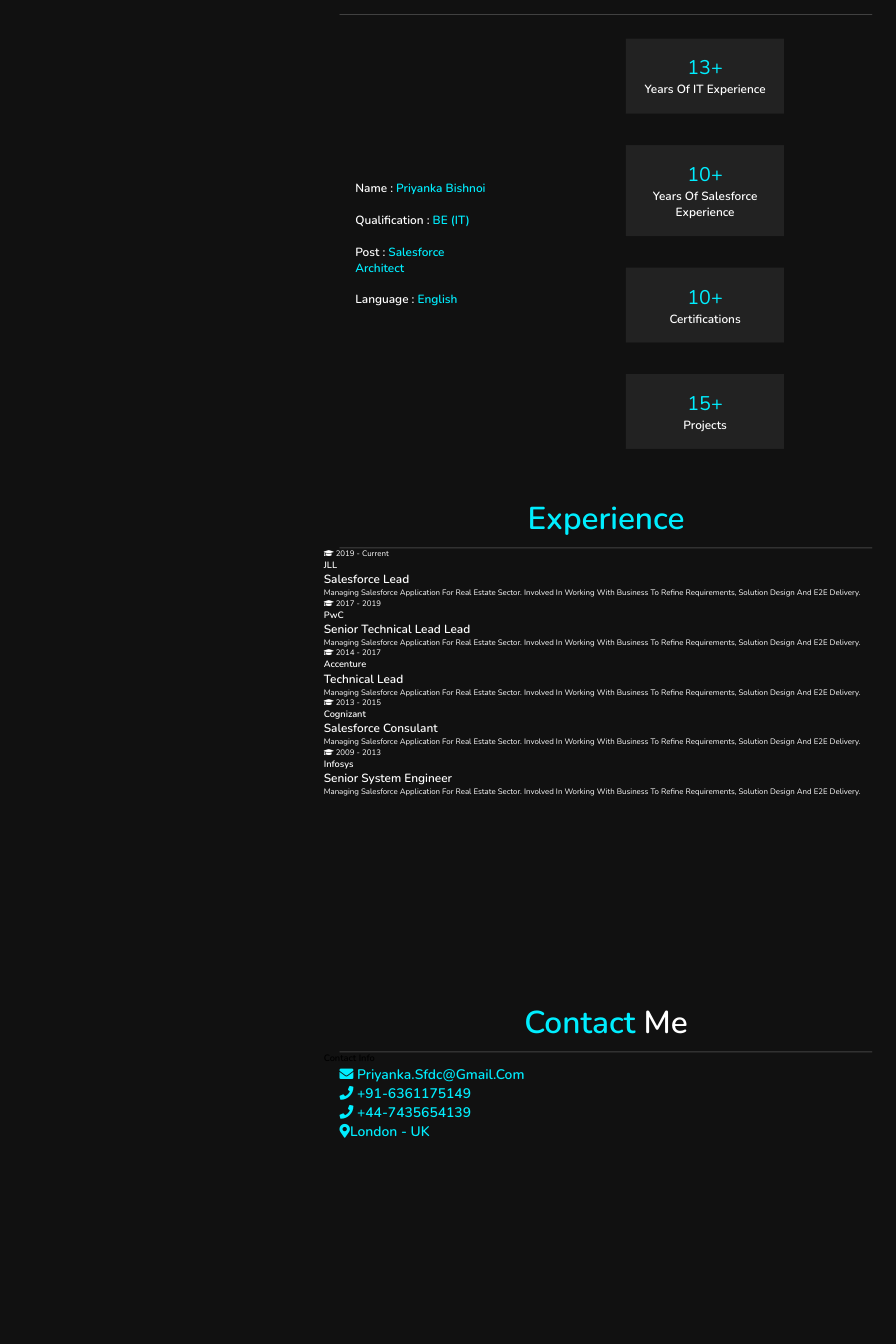
Repository: priyanka-bishnoi/PortfolioPage
Page: MyPage.html
These files come from the project's save history. The page is drawn as it stood at one moment and after the next save; the edit follows.
The browser window is 1280 px wide. The pictures show the part of the page from y = 796 to 2716 px (the page is 2922 px tall), at 70% of full size.

Above is the page before, as saved 2022-10-09 14:45:49.

After the next save:
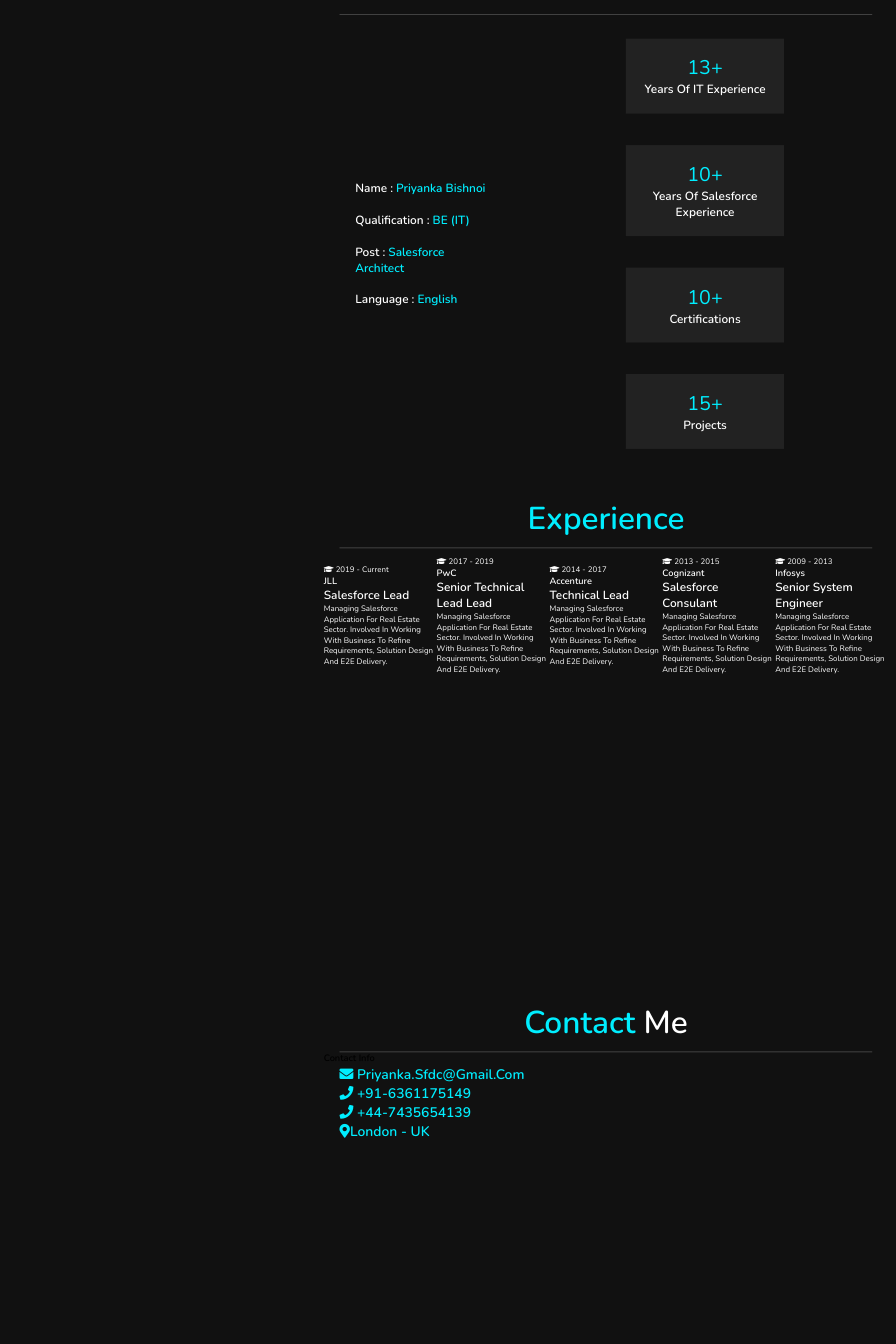
Saved 4 min 2 s later.
--- a/css/style.css
+++ b/css/style.css
@@ -197,7 +197,7 @@ header .navBar ul li a:hover{
 .experience {
     color:white;
    }
-.experience .row {
+.experience .exp {
        display: flex;
        justify-content: flex-start;
        flex-wrap: nowrap;
@@ -207,7 +207,10 @@ header .navBar ul li a:hover{
        align-items: center;
 }
 
-.experience .row .exp {
+
+
+
+.contact .row .content .info {
 
     display: block;
     justify-content: center;
@@ -215,17 +218,6 @@ header .navBar ul li a:hover{
     padding-top: 0rem;
     padding-right: 1rem;
     margin: 0 1rem;
-
-}
-
-.contact .row .content .info {
-
-    display: block;
-    justify-content: center;
-    padding-left: 1rem;
-    padding-top: 0rem;
-    padding-right: 1rem;
-    margin: 0 1rem;
     font-size: 1.5rem;
     color:var(--orange);
 
